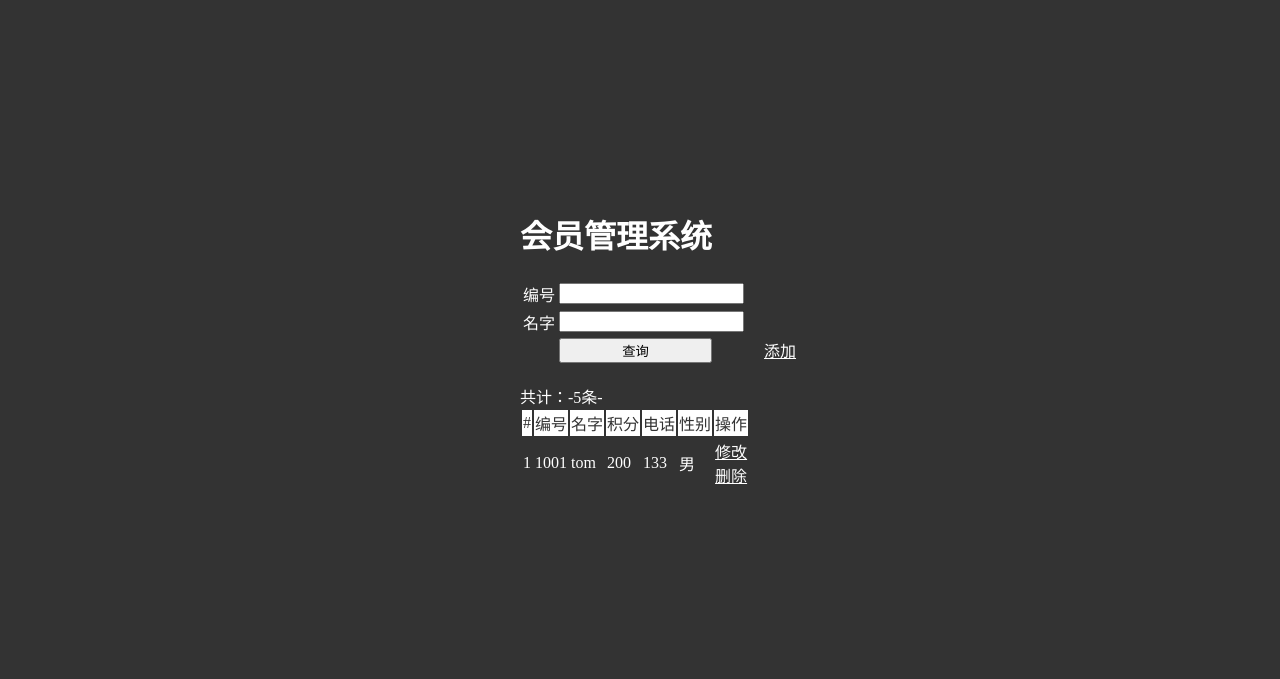
Repository: JasonYan2015/FE-learning-examples
Page: http://localhost/test20160727/home.jsp
The author's editor kept a copy of each file at every save. The page is drawn from the files as they stood at one save, then again after the next save.
The browser window is 1280 px wide. The pictures show the whole page.
The page is served by Tomcat 9. Other server files are loaded and not shown.

Above is the page before, as saved 2016-07-28 01:25:52.

### eclipse/test20160727/WebContent/home.jsp
<%@ page language="java" contentType="text/html; charset=UTF-8"
    pageEncoding="UTF-8"%>
<!DOCTYPE html PUBLIC "-//W3C//DTD HTML 4.01 Transitional//EN" "http://www.w3.org/TR/html4/loose.dtd">
<html>
<head>
<meta http-equiv="Content-Type" content="text/html; charset=UTF-8">
<title>Insert title here</title>
	<style>
		body
		{
			position: absolute;
			left: 50%;
			top: 50%;
			margin-left: -120px;
			margin-top: -170px;
 			background-color:#333;
 			font-family: "微软雅黑";
 			color: white;
		}

	</style>
</head>
<body>
	<h1>会员管理系统</h1>
	<form action="select" method="post">
		<table>
			<tr>
				<td>编号</td>
				<td><input type="text" name="id"></td>
				<td></td>
			</tr>
			<tr>
				<td>名字</td>
				<td><input type="text" name="name"></td>
				<td></td>
			</tr>
			<tr>
				<td></td>
				<td><input type="submit" value="查询" style="width: 153px;"></td>
				<td>&nbsp;&nbsp;&nbsp;&nbsp;<a href="add.jsp" style="color: white;">添加</a></td>
			</tr>
		</table>
	</form>

	<br>
	共计：-5条-
		<table>
			<tr style="background-color: white;color: #333;">
				<td>#</td>
				<td>编号</td>
				<td>名字</td>
				<td>积分</td>
				<td>电话</td>
				<td>性别</td>
				<td>操作</td>
			</tr>
			<tr>
				<td>1</td>
				<td>1001</td>
				<td>tom</td>
				<td>200</td>
				<td>133</td>
				<td>男</td>
				<td>
					<div id="updateAdr"><a href="update.jsp" style="color: white;">修改</a></div>
					<div id="deleteAdr"><a href="delete.jsp" style="color: white;">删除</a></div>
				</td>
			</tr>
		</table>



</body>
</html>

After the next save:
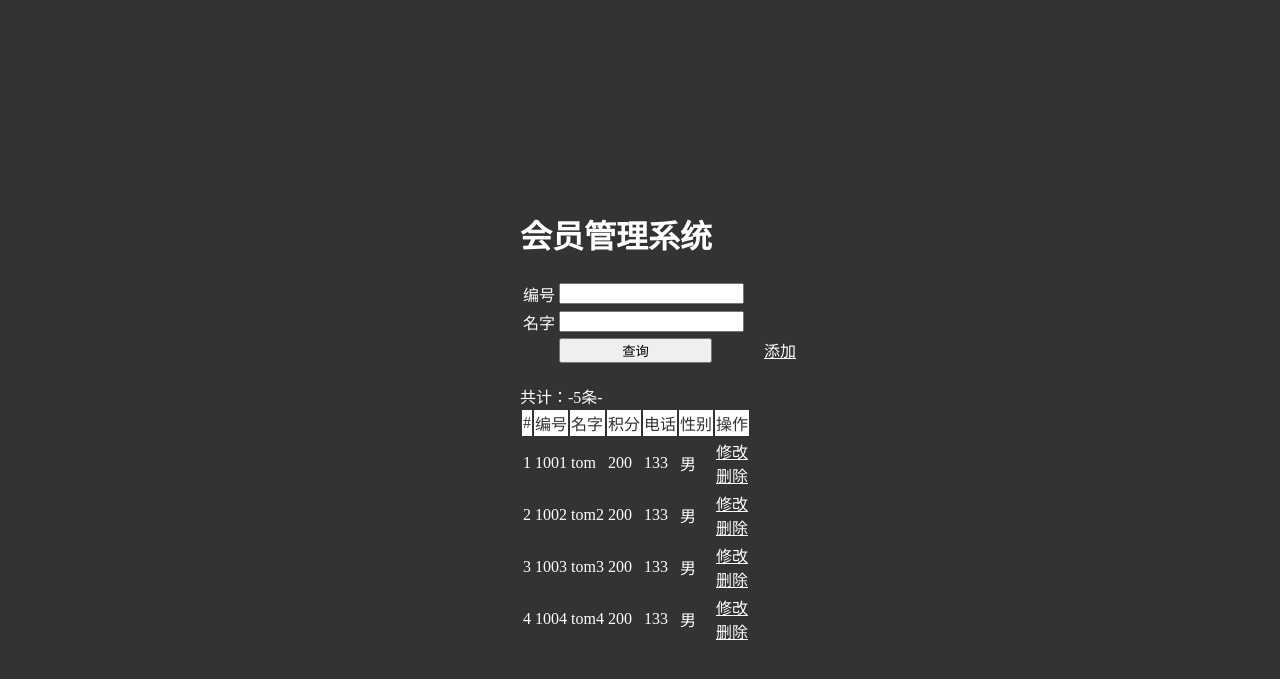
Saved 64 s later.
--- a/eclipse/test20160727/WebContent/home.jsp
+++ b/eclipse/test20160727/WebContent/home.jsp
@@ -66,6 +66,42 @@
 					<div id="deleteAdr"><a href="delete.jsp" style="color: white;">删除</a></div>
 				</td>
 			</tr>
+						<tr>
+				<td>2</td>
+				<td>1002</td>
+				<td>tom2</td>
+				<td>200</td>
+				<td>133</td>
+				<td>男</td>
+				<td>
+					<div id="updateAdr"><a href="update.jsp" style="color: white;">修改</a></div>
+					<div id="deleteAdr"><a href="delete.jsp" style="color: white;">删除</a></div>
+				</td>
+			</tr>
+						<tr>
+				<td>3</td>
+				<td>1003</td>
+				<td>tom3</td>
+				<td>200</td>
+				<td>133</td>
+				<td>男</td>
+				<td>
+					<div id="updateAdr"><a href="update.jsp" style="color: white;">修改</a></div>
+					<div id="deleteAdr"><a href="delete.jsp" style="color: white;">删除</a></div>
+				</td>
+			</tr>
+						<tr>
+				<td>4</td>
+				<td>1004</td>
+				<td>tom4</td>
+				<td>200</td>
+				<td>133</td>
+				<td>男</td>
+				<td>
+					<div id="updateAdr"><a href="update.jsp" style="color: white;">修改</a></div>
+					<div id="deleteAdr"><a href="delete.jsp" style="color: white;">删除</a></div>
+				</td>
+			</tr>
 		</table>
 
 
